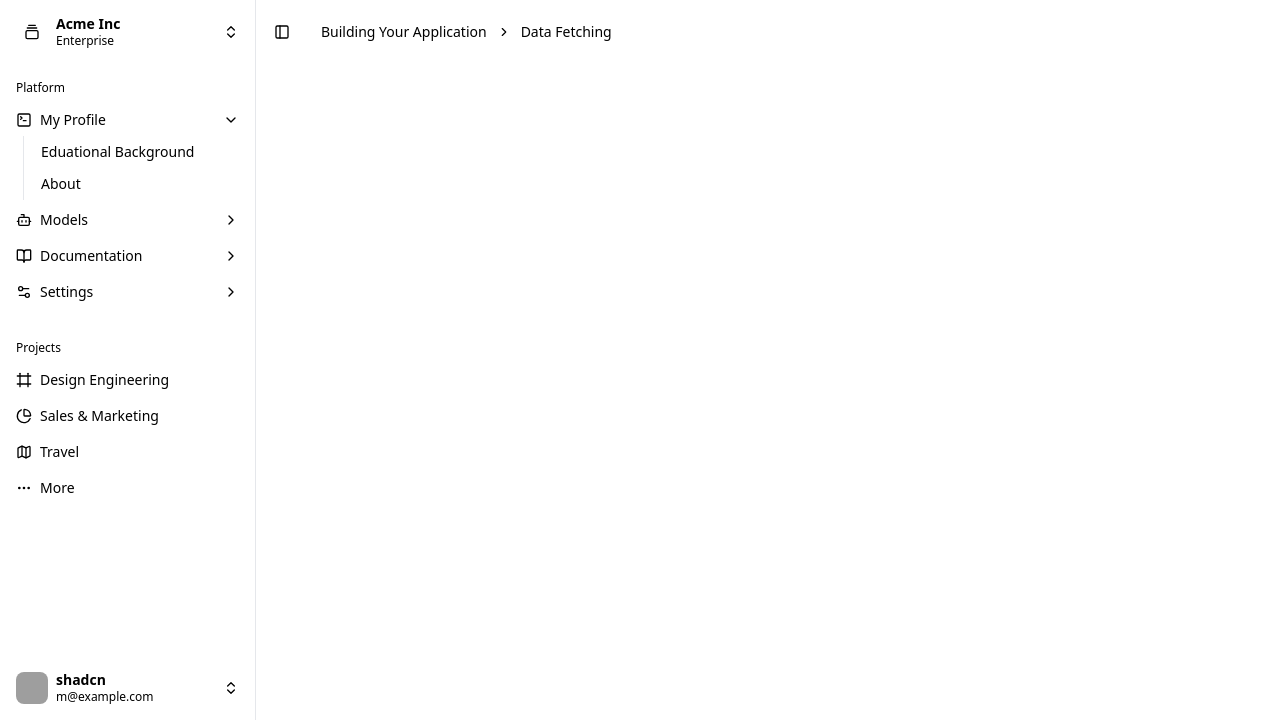
Repository: Kukaas/Kukaass-Portfolio
Page: /
These files come from the project's save history. The page is drawn as it stood at one moment and after the next save; the edit follows.
The browser window is 1280 px wide. The pictures show the whole page.
Pictures or frames that could not be fetched are drawn as grey boxes. The project was rebuilt for these pictures with package versions that can differ from the ones it lists, and the page was loaded fresh each time. Also part of the build but not shown: vite.config.js, src/components/ui/input.jsx, src/components/ui/sheet.jsx, src/components/ui/skeleton.jsx.

Above is the page before, as saved 2024-12-17 13:08:35.

### index.html
<!DOCTYPE html>
<html lang="en">
  <head>
    <meta charset="UTF-8" />
    <link rel="icon" type="image/svg+xml" href="/vite.svg" />
    <meta name="viewport" content="width=device-width, initial-scale=1.0" />
    <title>Kukaass Dev</title>
  </head>
  <body>
    <div id="root"></div>
    <script type="module" src="/src/main.jsx"></script>
  </body>
</html>

### src/App.jsx
import Home from "./components/dashboard/Home";

function App() {
  return (
    <div>
      <Home />
    </div>
  );
}

export default App;

### src/components/dashboard/Home.jsx
import { AppSidebar } from "@/components/app-sidebar";
import {
  Breadcrumb,
  BreadcrumbItem,
  BreadcrumbLink,
  BreadcrumbList,
  BreadcrumbPage,
  BreadcrumbSeparator,
} from "@/components/ui/breadcrumb";
import { Separator } from "@/components/ui/separator";
import {
  SidebarInset,
  SidebarProvider,
  SidebarTrigger,
} from "@/components/ui/sidebar";

export default function Home() {
  return (
    <SidebarProvider>
      <AppSidebar />
      <SidebarInset>
        <header className="flex h-16 shrink-0 items-center gap-2 transition-[width,height] ease-linear group-has-[[data-collapsible=icon]]/sidebar-wrapper:h-12">
          <div className="flex items-center gap-2 px-4">
            <SidebarTrigger className="-ml-1" />
            <Separator orientation="vertical" className="mr-2 h-4" />
            <Breadcrumb>
              <BreadcrumbList>
                <BreadcrumbItem className="hidden md:block">
                  <BreadcrumbLink href="#">
                    Building Your Application
                  </BreadcrumbLink>
                </BreadcrumbItem>
                <BreadcrumbSeparator className="hidden md:block" />
                <BreadcrumbItem>
                  <BreadcrumbPage>Data Fetching</BreadcrumbPage>
                </BreadcrumbItem>
              </BreadcrumbList>
            </Breadcrumb>
          </div>
        </header>
        <div className="flex flex-1 flex-col gap-4 p-4 pt-0">
          <div className="grid auto-rows-min gap-4 md:grid-cols-3">
            <div className="aspect-video rounded-xl bg-muted/50" />
            <div className="aspect-video rounded-xl bg-muted/50" />
            <div className="aspect-video rounded-xl bg-muted/50" />
          </div>
          <div className="min-h-[100vh] flex-1 rounded-xl bg-muted/50 md:min-h-min" />
        </div>
      </SidebarInset>
    </SidebarProvider>
  );
}

### src/components/app-sidebar.jsx
import {
  AudioWaveform,
  BookOpen,
  Bot,
  Command,
  Frame,
  GalleryVerticalEnd,
  Map,
  PieChart,
  Settings2,
  SquareTerminal,
} from "lucide-react";

import { NavMain } from "@/components/nav-main";
import { NavProjects } from "@/components/nav-projects";
import { NavUser } from "@/components/nav-user";
import { TeamSwitcher } from "@/components/team-switcher";
import {
  Sidebar,
  SidebarContent,
  SidebarFooter,
  SidebarHeader,
  SidebarRail,
} from "@/components/ui/sidebar";

// This is sample data.
const data = {
  user: {
    name: "shadcn",
    email: "m@example.com",
    avatar: "/avatars/shadcn.jpg",
  },
  teams: [
    {
      name: "Acme Inc",
      logo: GalleryVerticalEnd,
      plan: "Enterprise",
    },
    {
      name: "Acme Corp.",
      logo: AudioWaveform,
      plan: "Startup",
    },
    {
      name: "Evil Corp.",
      logo: Command,
      plan: "Free",
    },
  ],
  navMain: [
    {
      title: "My Profile",
      url: "#",
      icon: SquareTerminal,
      isActive: true,
      items: [
        {
          title: "Eduational Background",
          url: "#",
        },
        {
          title: "About",
          url: "#",
        },
      ],
    },
    {
      title: "Models",
      url: "#",
      icon: Bot,
      items: [
        {
          title: "Genesis",
          url: "#",
        },
        {
          title: "Explorer",
          url: "#",
        },
        {
          title: "Quantum",
          url: "#",
        },
      ],
    },
    {
      title: "Documentation",
      url: "#",
      icon: BookOpen,
      items: [
        {
          title: "Introduction",
          url: "#",
        },
        {
          title: "Get Started",
          url: "#",
        },
        {
          title: "Tutorials",
          url: "#",
        },
        {
          title: "Changelog",
          url: "#",
        },
      ],
    },
    {
      title: "Settings",
      url: "#",
      icon: Settings2,
      items: [
        {
          title: "General",
          url: "#",
        },
        {
          title: "Team",
          url: "#",
        },
        {
          title: "Billing",
          url: "#",
        },
        {
          title: "Limits",
          url: "#",
        },
      ],
    },
  ],
  projects: [
    {
      name: "Design Engineering",
      url: "#",
      icon: Frame,
    },
    {
      name: "Sales & Marketing",
      url: "#",
      icon: PieChart,
    },
    {
      name: "Travel",
      url: "#",
      icon: Map,
    },
  ],
};

export function AppSidebar({ ...props }) {
  return (
    <Sidebar collapsible="icon" {...props}>
      <SidebarHeader>
        <TeamSwitcher teams={data.teams} />
      </SidebarHeader>
      <SidebarContent>
        <NavMain items={data.navMain} />
        <NavProjects projects={data.projects} />
      </SidebarContent>
      <SidebarFooter>
        <NavUser user={data.user} />
      </SidebarFooter>
      <SidebarRail />
    </Sidebar>
  );
}

### src/components/ui/breadcrumb.jsx
import * as React from "react"
import { Slot } from "@radix-ui/react-slot"
import { ChevronRight, MoreHorizontal } from "lucide-react"

import { cn } from "@/lib/utils"

const Breadcrumb = React.forwardRef(
  ({ ...props }, ref) => <nav ref={ref} aria-label="breadcrumb" {...props} />
)
Breadcrumb.displayName = "Breadcrumb"

const BreadcrumbList = React.forwardRef(({ className, ...props }, ref) => (
  <ol
    ref={ref}
    className={cn(
      "flex flex-wrap items-center gap-1.5 break-words text-sm text-muted-foreground sm:gap-2.5",
      className
    )}
    {...props} />
))
BreadcrumbList.displayName = "BreadcrumbList"

const BreadcrumbItem = React.forwardRef(({ className, ...props }, ref) => (
  <li
    ref={ref}
    className={cn("inline-flex items-center gap-1.5", className)}
    {...props} />
))
BreadcrumbItem.displayName = "BreadcrumbItem"

const BreadcrumbLink = React.forwardRef(({ asChild, className, ...props }, ref) => {
  const Comp = asChild ? Slot : "a"

  return (
    (<Comp
      ref={ref}
      className={cn("transition-colors hover:text-foreground", className)}
      {...props} />)
  );
})
BreadcrumbLink.displayName = "BreadcrumbLink"

const BreadcrumbPage = React.forwardRef(({ className, ...props }, ref) => (
  <span
    ref={ref}
    role="link"
    aria-disabled="true"
    aria-current="page"
    className={cn("font-normal text-foreground", className)}
    {...props} />
))
BreadcrumbPage.displayName = "BreadcrumbPage"

const BreadcrumbSeparator = ({
  children,
  className,
  ...props
}) => (
  <li
    role="presentation"
    aria-hidden="true"
    className={cn("[&>svg]:w-3.5 [&>svg]:h-3.5", className)}
    {...props}>
    {children ?? <ChevronRight />}
  </li>
)
BreadcrumbSeparator.displayName = "BreadcrumbSeparator"

const BreadcrumbEllipsis = ({
  className,
  ...props
}) => (
  <span
    role="presentation"
    aria-hidden="true"
    className={cn("flex h-9 w-9 items-center justify-center", className)}
    {...props}>
    <MoreHorizontal className="h-4 w-4" />
    <span className="sr-only">More</span>
  </span>
)
BreadcrumbEllipsis.displayName = "BreadcrumbElipssis"

export {
  Breadcrumb,
  BreadcrumbList,
  BreadcrumbItem,
  BreadcrumbLink,
  BreadcrumbPage,
  BreadcrumbSeparator,
  BreadcrumbEllipsis,
}

### src/components/nav-main.jsx
"use client"

import { ChevronRight } from "lucide-react";

import {
  Collapsible,
  CollapsibleContent,
  CollapsibleTrigger,
} from "@/components/ui/collapsible"
import {
  SidebarGroup,
  SidebarGroupLabel,
  SidebarMenu,
  SidebarMenuButton,
  SidebarMenuItem,
  SidebarMenuSub,
  SidebarMenuSubButton,
  SidebarMenuSubItem,
} from "@/components/ui/sidebar"

export function NavMain({
  items
}) {
  return (
    (<SidebarGroup>
      <SidebarGroupLabel>Platform</SidebarGroupLabel>
      <SidebarMenu>
        {items.map((item) => (
          <Collapsible
            key={item.title}
            asChild
            defaultOpen={item.isActive}
            className="group/collapsible">
            <SidebarMenuItem>
              <CollapsibleTrigger asChild>
                <SidebarMenuButton tooltip={item.title}>
                  {item.icon && <item.icon />}
                  <span>{item.title}</span>
                  <ChevronRight
                    className="ml-auto transition-transform duration-200 group-data-[state=open]/collapsible:rotate-90" />
                </SidebarMenuButton>
              </CollapsibleTrigger>
              <CollapsibleContent>
                <SidebarMenuSub>
                  {item.items?.map((subItem) => (
                    <SidebarMenuSubItem key={subItem.title}>
                      <SidebarMenuSubButton asChild>
                        <a href={subItem.url}>
                          <span>{subItem.title}</span>
                        </a>
                      </SidebarMenuSubButton>
                    </SidebarMenuSubItem>
                  ))}
                </SidebarMenuSub>
              </CollapsibleContent>
            </SidebarMenuItem>
          </Collapsible>
        ))}
      </SidebarMenu>
    </SidebarGroup>)
  );
}

### src/components/nav-projects.jsx
import { Folder, Forward, MoreHorizontal, Trash2 } from "lucide-react";

import {
  DropdownMenu,
  DropdownMenuContent,
  DropdownMenuItem,
  DropdownMenuSeparator,
  DropdownMenuTrigger,
} from "@/components/ui/dropdown-menu"
import {
  SidebarGroup,
  SidebarGroupLabel,
  SidebarMenu,
  SidebarMenuAction,
  SidebarMenuButton,
  SidebarMenuItem,
  useSidebar,
} from "@/components/ui/sidebar"

export function NavProjects({
  projects
}) {
  const { isMobile } = useSidebar()

  return (
    (<SidebarGroup className="group-data-[collapsible=icon]:hidden">
      <SidebarGroupLabel>Projects</SidebarGroupLabel>
      <SidebarMenu>
        {projects.map((item) => (
          <SidebarMenuItem key={item.name}>
            <SidebarMenuButton asChild>
              <a href={item.url}>
                <item.icon />
                <span>{item.name}</span>
              </a>
            </SidebarMenuButton>
            <DropdownMenu>
              <DropdownMenuTrigger asChild>
                <SidebarMenuAction showOnHover>
                  <MoreHorizontal />
                  <span className="sr-only">More</span>
                </SidebarMenuAction>
              </DropdownMenuTrigger>
              <DropdownMenuContent
                className="w-48 rounded-lg"
                side={isMobile ? "bottom" : "right"}
                align={isMobile ? "end" : "start"}>
                <DropdownMenuItem>
                  <Folder className="text-muted-foreground" />
                  <span>View Project</span>
                </DropdownMenuItem>
                <DropdownMenuItem>
                  <Forward className="text-muted-foreground" />
                  <span>Share Project</span>
                </DropdownMenuItem>
                <DropdownMenuSeparator />
                <DropdownMenuItem>
                  <Trash2 className="text-muted-foreground" />
                  <span>Delete Project</span>
                </DropdownMenuItem>
              </DropdownMenuContent>
            </DropdownMenu>
          </SidebarMenuItem>
        ))}
        <SidebarMenuItem>
          <SidebarMenuButton className="text-sidebar-foreground/70">
            <MoreHorizontal className="text-sidebar-foreground/70" />
            <span>More</span>
          </SidebarMenuButton>
        </SidebarMenuItem>
      </SidebarMenu>
    </SidebarGroup>)
  );
}

### src/components/nav-user.jsx
"use client"

import {
  BadgeCheck,
  Bell,
  ChevronsUpDown,
  CreditCard,
  LogOut,
  Sparkles,
} from "lucide-react"

import {
  Avatar,
  AvatarFallback,
  AvatarImage,
} from "@/components/ui/avatar"
import {
  DropdownMenu,
  DropdownMenuContent,
  DropdownMenuGroup,
  DropdownMenuItem,
  DropdownMenuLabel,
  DropdownMenuSeparator,
  DropdownMenuTrigger,
} from "@/components/ui/dropdown-menu"
import {
  SidebarMenu,
  SidebarMenuButton,
  SidebarMenuItem,
  useSidebar,
} from "@/components/ui/sidebar"

export function NavUser({
  user
}) {
  const { isMobile } = useSidebar()

  return (
    (<SidebarMenu>
      <SidebarMenuItem>
        <DropdownMenu>
          <DropdownMenuTrigger asChild>
            <SidebarMenuButton
              size="lg"
              className="data-[state=open]:bg-sidebar-accent data-[state=open]:text-sidebar-accent-foreground">
              <Avatar className="h-8 w-8 rounded-lg">
                <AvatarImage src={user.avatar} alt={user.name} />
                <AvatarFallback className="rounded-lg">CN</AvatarFallback>
              </Avatar>
              <div className="grid flex-1 text-left text-sm leading-tight">
                <span className="truncate font-semibold">{user.name}</span>
                <span className="truncate text-xs">{user.email}</span>
              </div>
              <ChevronsUpDown className="ml-auto size-4" />
            </SidebarMenuButton>
          </DropdownMenuTrigger>
          <DropdownMenuContent
            className="w-[--radix-dropdown-menu-trigger-width] min-w-56 rounded-lg"
            side={isMobile ? "bottom" : "right"}
            align="end"
            sideOffset={4}>
            <DropdownMenuLabel className="p-0 font-normal">
              <div className="flex items-center gap-2 px-1 py-1.5 text-left text-sm">
                <Avatar className="h-8 w-8 rounded-lg">
                  <AvatarImage src={user.avatar} alt={user.name} />
                  <AvatarFallback className="rounded-lg">CN</AvatarFallback>
                </Avatar>
                <div className="grid flex-1 text-left text-sm leading-tight">
                  <span className="truncate font-semibold">{user.name}</span>
                  <span className="truncate text-xs">{user.email}</span>
                </div>
              </div>
            </DropdownMenuLabel>
            <DropdownMenuSeparator />
            <DropdownMenuGroup>
              <DropdownMenuItem>
                <Sparkles />
                Upgrade to Pro
              </DropdownMenuItem>
            </DropdownMenuGroup>
            <DropdownMenuSeparator />
            <DropdownMenuGroup>
              <DropdownMenuItem>
                <BadgeCheck />
                Account
              </DropdownMenuItem>
              <DropdownMenuItem>
                <CreditCard />
                Billing
              </DropdownMenuItem>
              <DropdownMenuItem>
                <Bell />
                Notifications
              </DropdownMenuItem>
            </DropdownMenuGroup>
            <DropdownMenuSeparator />
            <DropdownMenuItem>
              <LogOut />
              Log out
            </DropdownMenuItem>
          </DropdownMenuContent>
        </DropdownMenu>
      </SidebarMenuItem>
    </SidebarMenu>)
  );
}

### src/components/team-switcher.jsx
import * as React from "react"
import { ChevronsUpDown, Plus } from "lucide-react"

import {
  DropdownMenu,
  DropdownMenuContent,
  DropdownMenuItem,
  DropdownMenuLabel,
  DropdownMenuSeparator,
  DropdownMenuShortcut,
  DropdownMenuTrigger,
} from "@/components/ui/dropdown-menu"
import {
  SidebarMenu,
  SidebarMenuButton,
  SidebarMenuItem,
  useSidebar,
} from "@/components/ui/sidebar"

export function TeamSwitcher({
  teams
}) {
  const { isMobile } = useSidebar()
  const [activeTeam, setActiveTeam] = React.useState(teams[0])

  return (
    (<SidebarMenu>
      <SidebarMenuItem>
        <DropdownMenu>
          <DropdownMenuTrigger asChild>
            <SidebarMenuButton
              size="lg"
              className="data-[state=open]:bg-sidebar-accent data-[state=open]:text-sidebar-accent-foreground">
              <div
                className="flex aspect-square size-8 items-center justify-center rounded-lg bg-sidebar-primary text-sidebar-primary-foreground">
                <activeTeam.logo className="size-4" />
              </div>
              <div className="grid flex-1 text-left text-sm leading-tight">
                <span className="truncate font-semibold">
                  {activeTeam.name}
                </span>
                <span className="truncate text-xs">{activeTeam.plan}</span>
              </div>
              <ChevronsUpDown className="ml-auto" />
            </SidebarMenuButton>
          </DropdownMenuTrigger>
          <DropdownMenuContent
            className="w-[--radix-dropdown-menu-trigger-width] min-w-56 rounded-lg"
            align="start"
            side={isMobile ? "bottom" : "right"}
            sideOffset={4}>
            <DropdownMenuLabel className="text-xs text-muted-foreground">
              Teams
            </DropdownMenuLabel>
            {teams.map((team, index) => (
              <DropdownMenuItem key={team.name} onClick={() => setActiveTeam(team)} className="gap-2 p-2">
                <div className="flex size-6 items-center justify-center rounded-sm border">
                  <team.logo className="size-4 shrink-0" />
                </div>
                {team.name}
                <DropdownMenuShortcut>⌘{index + 1}</DropdownMenuShortcut>
              </DropdownMenuItem>
            ))}
            <DropdownMenuSeparator />
            <DropdownMenuItem className="gap-2 p-2">
              <div
                className="flex size-6 items-center justify-center rounded-md border bg-background">
                <Plus className="size-4" />
              </div>
              <div className="font-medium text-muted-foreground">Add team</div>
            </DropdownMenuItem>
          </DropdownMenuContent>
        </DropdownMenu>
      </SidebarMenuItem>
    </SidebarMenu>)
  );
}

### src/components/ui/button.jsx
import * as React from "react"
import { Slot } from "@radix-ui/react-slot"
import { cva } from "class-variance-authority";

import { cn } from "@/lib/utils"

const buttonVariants = cva(
  "inline-flex items-center justify-center gap-2 whitespace-nowrap rounded-md text-sm font-medium ring-offset-background transition-colors focus-visible:outline-none focus-visible:ring-2 focus-visible:ring-ring focus-visible:ring-offset-2 disabled:pointer-events-none disabled:opacity-50 [&_svg]:pointer-events-none [&_svg]:size-4 [&_svg]:shrink-0",
  {
    variants: {
      variant: {
        default: "bg-primary text-primary-foreground hover:bg-primary/90",
        destructive:
          "bg-destructive text-destructive-foreground hover:bg-destructive/90",
        outline:
          "border border-input bg-background hover:bg-accent hover:text-accent-foreground",
        secondary:
          "bg-secondary text-secondary-foreground hover:bg-secondary/80",
        ghost: "hover:bg-accent hover:text-accent-foreground",
        link: "text-primary underline-offset-4 hover:underline",
      },
      size: {
        default: "h-10 px-4 py-2",
        sm: "h-9 rounded-md px-3",
        lg: "h-11 rounded-md px-8",
        icon: "h-10 w-10",
      },
    },
    defaultVariants: {
      variant: "default",
      size: "default",
    },
  }
)

const Button = React.forwardRef(({ className, variant, size, asChild = false, ...props }, ref) => {
  const Comp = asChild ? Slot : "button"
  return (
    (<Comp
      className={cn(buttonVariants({ variant, size, className }))}
      ref={ref}
      {...props} />)
  );
})
Button.displayName = "Button"

export { Button, buttonVariants }

### src/components/ui/tooltip.jsx
import * as React from "react"
import * as TooltipPrimitive from "@radix-ui/react-tooltip"

import { cn } from "@/lib/utils"

const TooltipProvider = TooltipPrimitive.Provider

const Tooltip = TooltipPrimitive.Root

const TooltipTrigger = TooltipPrimitive.Trigger

const TooltipContent = React.forwardRef(({ className, sideOffset = 4, ...props }, ref) => (
  <TooltipPrimitive.Content
    ref={ref}
    sideOffset={sideOffset}
    className={cn(
      "z-50 overflow-hidden rounded-md border bg-popover px-3 py-1.5 text-sm text-popover-foreground shadow-md animate-in fade-in-0 zoom-in-95 data-[state=closed]:animate-out data-[state=closed]:fade-out-0 data-[state=closed]:zoom-out-95 data-[side=bottom]:slide-in-from-top-2 data-[side=left]:slide-in-from-right-2 data-[side=right]:slide-in-from-left-2 data-[side=top]:slide-in-from-bottom-2",
      className
    )}
    {...props} />
))
TooltipContent.displayName = TooltipPrimitive.Content.displayName

export { Tooltip, TooltipTrigger, TooltipContent, TooltipProvider }

### src/components/ui/avatar.jsx
import * as React from "react"
import * as AvatarPrimitive from "@radix-ui/react-avatar"

import { cn } from "@/lib/utils"

const Avatar = React.forwardRef(({ className, ...props }, ref) => (
  <AvatarPrimitive.Root
    ref={ref}
    className={cn("relative flex h-10 w-10 shrink-0 overflow-hidden rounded-full", className)}
    {...props} />
))
Avatar.displayName = AvatarPrimitive.Root.displayName

const AvatarImage = React.forwardRef(({ className, ...props }, ref) => (
  <AvatarPrimitive.Image
    ref={ref}
    className={cn("aspect-square h-full w-full", className)}
    {...props} />
))
AvatarImage.displayName = AvatarPrimitive.Image.displayName

const AvatarFallback = React.forwardRef(({ className, ...props }, ref) => (
  <AvatarPrimitive.Fallback
    ref={ref}
    className={cn(
      "flex h-full w-full items-center justify-center rounded-full bg-muted",
      className
    )}
    {...props} />
))
AvatarFallback.displayName = AvatarPrimitive.Fallback.displayName

export { Avatar, AvatarImage, AvatarFallback }

Loaded but not shown: src/main.jsx (common file); src/index.css (common file); src/components/ui/separator.jsx (common file); src/lib/utils.js (common file); src/hooks/use-mobile.jsx (common file); src/components/ui/collapsible.jsx (common file); tailwind.config.js (common file); src/components/ui/sidebar.jsx (620 lines, source omitted); src/components/ui/dropdown-menu.jsx (157 lines, source omitted)

After the next save:
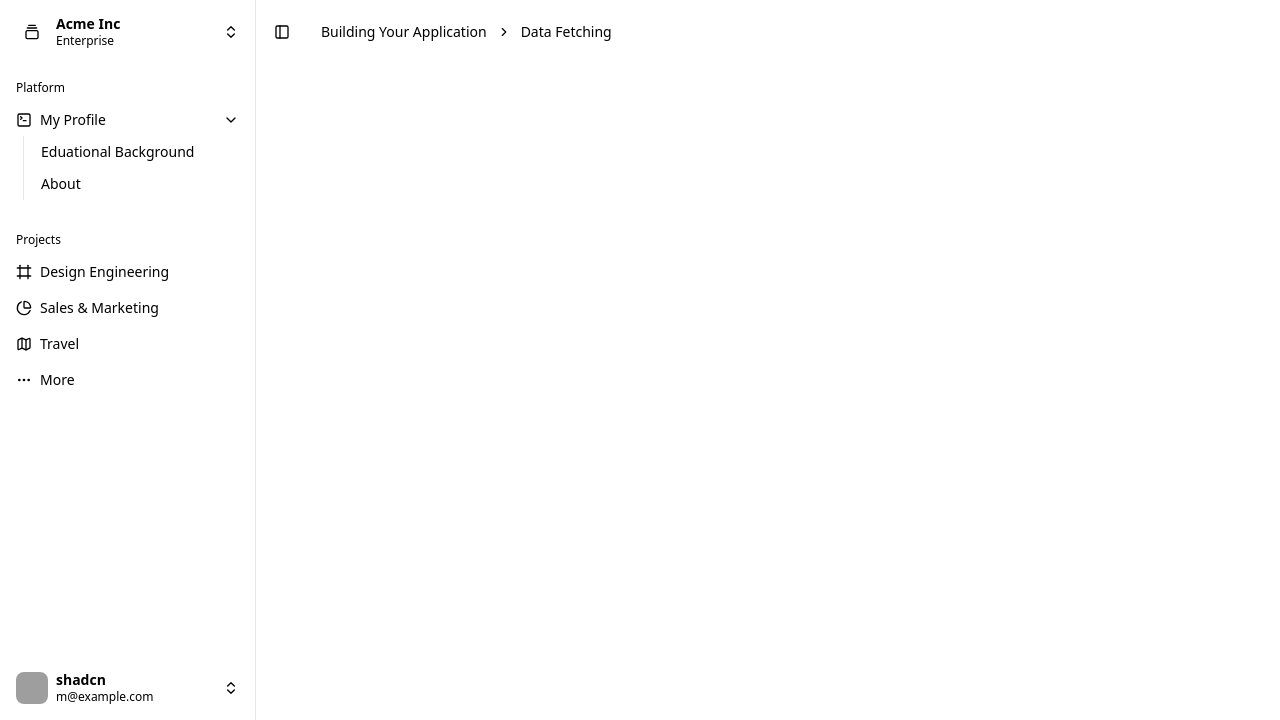
Saved 17 s later.
--- a/src/components/app-sidebar.jsx
+++ b/src/components/app-sidebar.jsx
@@ -64,71 +64,6 @@ const data = {
         },
       ],
     },
-    {
-      title: "Models",
-      url: "#",
-      icon: Bot,
-      items: [
-        {
-          title: "Genesis",
-          url: "#",
-        },
-        {
-          title: "Explorer",
-          url: "#",
-        },
-        {
-          title: "Quantum",
-          url: "#",
-        },
-      ],
-    },
-    {
-      title: "Documentation",
-      url: "#",
-      icon: BookOpen,
-      items: [
-        {
-          title: "Introduction",
-          url: "#",
-        },
-        {
-          title: "Get Started",
-          url: "#",
-        },
-        {
-          title: "Tutorials",
-          url: "#",
-        },
-        {
-          title: "Changelog",
-          url: "#",
-        },
-      ],
-    },
-    {
-      title: "Settings",
-      url: "#",
-      icon: Settings2,
-      items: [
-        {
-          title: "General",
-          url: "#",
-        },
-        {
-          title: "Team",
-          url: "#",
-        },
-        {
-          title: "Billing",
-          url: "#",
-        },
-        {
-          title: "Limits",
-          url: "#",
-        },
-      ],
-    },
   ],
   projects: [
     {
